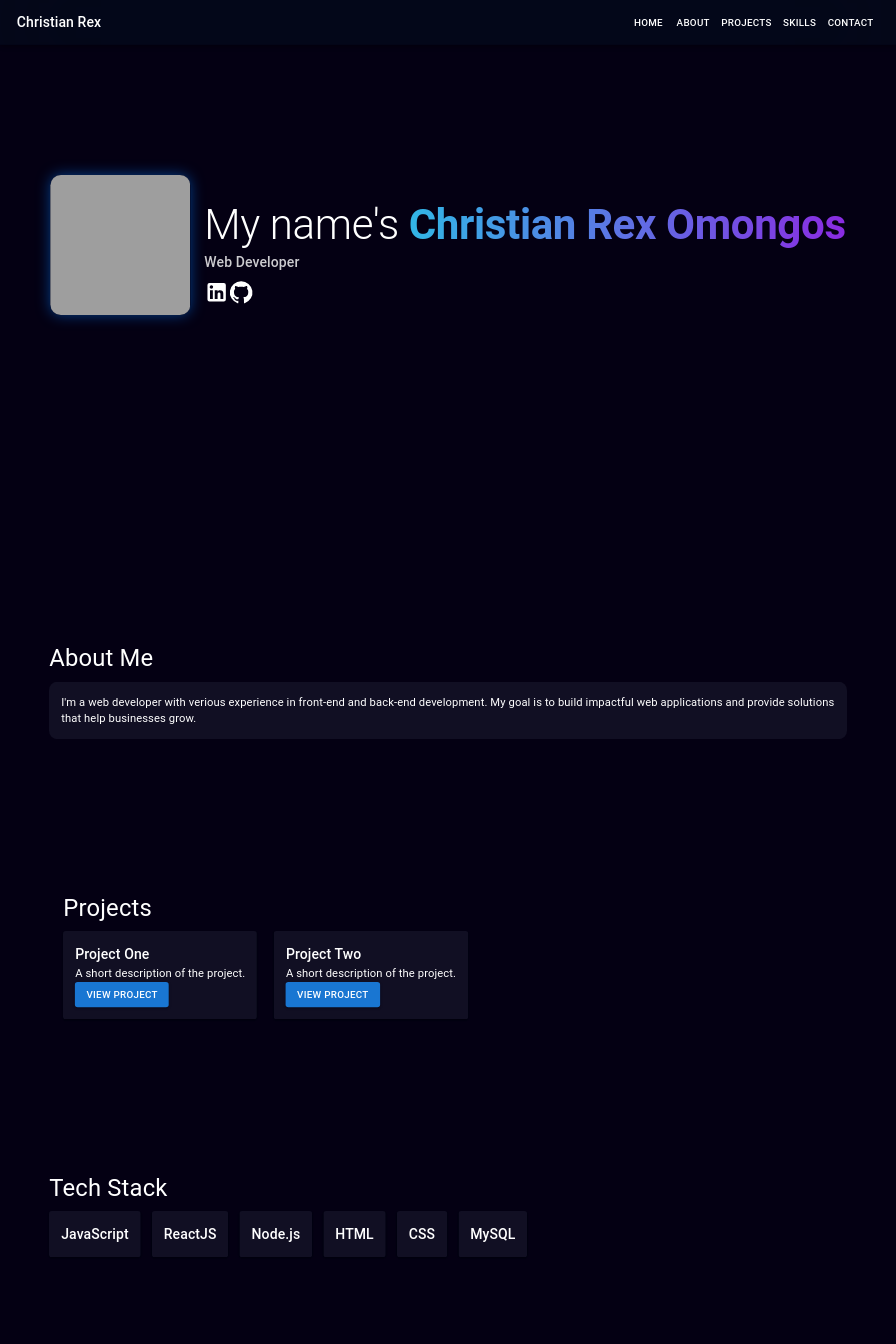
Repository: mikeshadowcoder/myWeb
Page: /
An editor plug-in stored every save of this project. The page is shown before and after the next save, followed by the edit.
The browser window is 1280 px wide. The pictures show the part of the page from y = 0 to 1920 px (the page is 2643 px tall), at 70% of full size.
Pictures or frames that could not be fetched are drawn as grey boxes. The project was rebuilt for these pictures with package versions that can differ from the ones it lists, and the page was loaded fresh each time.

Above is the page before, as saved 2026-01-21 16:17:27.

After the next save:
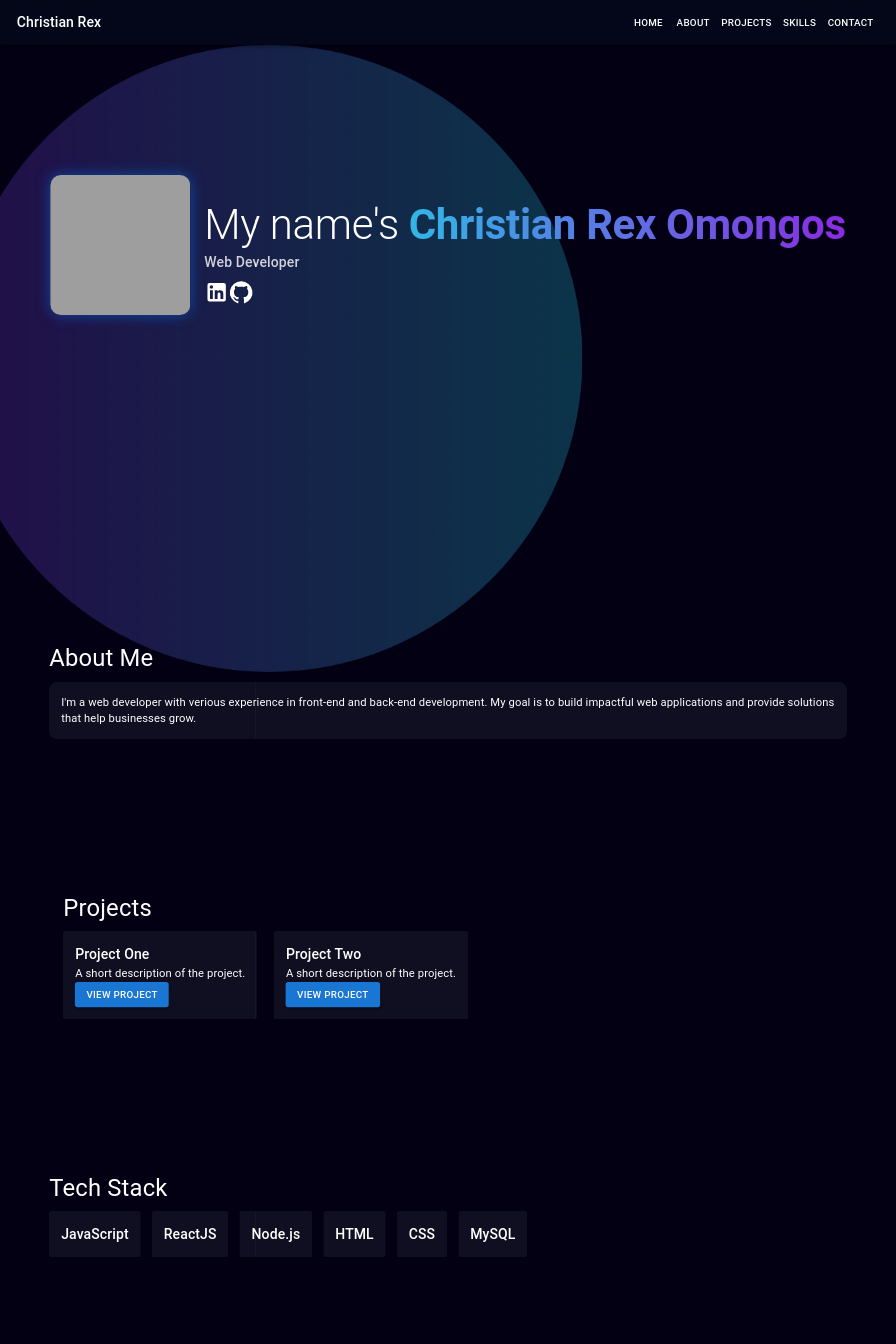
Saved 26 s later.
--- a/src/App.js
+++ b/src/App.js
@@ -34,7 +34,7 @@
   return (
     <div>
       {/* Pass the scroll function to Header for navigation */}
-      {/* <BackgroundShapes/> */}
+      <BackgroundShapes/>
       <Header
         onScrollToSection={{
           home: () => scrollToSection(homeRef),
